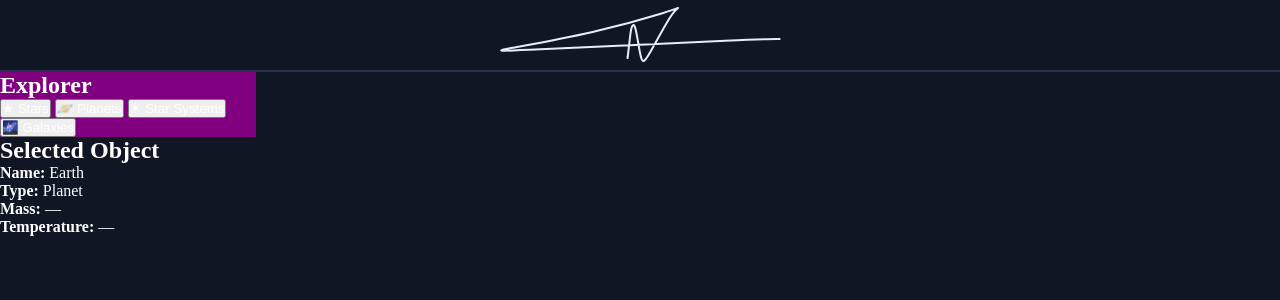
Repository: nico-madruga/Universe
Page: front-end/html/index.html
An editor plug-in stored every save of this project. The page is shown before and after a run of saves, followed by the edit.
The browser window is 1280 px wide. The pictures show the whole page.

Above is the page before, as saved 2026-09-28 16:44:02.

### front-end/html/index.html
<!DOCTYPE html>
<html lang="en">
<head>
    <meta charset="UTF-8">
    <meta name="viewport" content="width=device-width, initial-scale=1.0">
    <link rel="stylesheet" href="../css/style.css">
    <title>Universe</title>

    <link rel="stylesheet" href="../css/style.css">
</head>

<body>

    <header>
        <img src="/front-end/imgs/Vector 1.svg">
    </header>


    <main class="layout">

        <aside class="sidebar">

            <h2>Explorer</h2>

            <nav>
                <button>★ Stars</button>
                <button>🪐 Planets</button>
                <button>☀ Star Systems</button>
                <button>🌌 Galaxies</button>
            </nav>

        </aside>


        <section class="content">

            <section class="space">

                <div class="star star-1"></div>
                <div class="star star-2"></div>
                <div class="star star-3"></div>

                <div class="planet"></div>

            </section>


            <section class="object-info">

                <h2>Selected Object</h2>

                <div class="info-grid">

                    <p>
                        <strong>Name:</strong>
                        Earth
                    </p>

                    <p>
                        <strong>Type:</strong>
                        Planet
                    </p>

                    <p>
                        <strong>Mass:</strong>
                        —
                    </p>

                    <p>
                        <strong>Temperature:</strong>
                        —
                    </p>

                </div>

            </section>

        </section>

    </main>

</body>
</html>

### front-end/css/style.css
:root
{
    --background-color: #101624;
    --planet-background-color: #080B14;
    --panels-color: #101624;
    --panel-borders-color: #263149;
    --main-text-color: #E8ECF4;
    --secondary-text-color: #9AA6BA;
    --primary-accent-color: #4CC9F0;
    --secondary-accent-color: #8B7CFF;
    --highlight-color: #A9E8FF;
}

*
{
 padding: 0;
 margin: 0;
 color: white;
}

header
{
    display: flex;
    padding: 1vh 0;
    background-color: var(--background-color);
    flex-direction: row-reverse;
    justify-content: space-evenly;
    border-bottom: 2px solid var(--panel-borders-color);
}

header input
{
    align-self: center;
    height: 2rem;
}

body
{
    background-color: var(--background-color);
}

.layout .sidebar
{
    width: 20vw;
    background-color: purple;
}

After the next 2 saves:
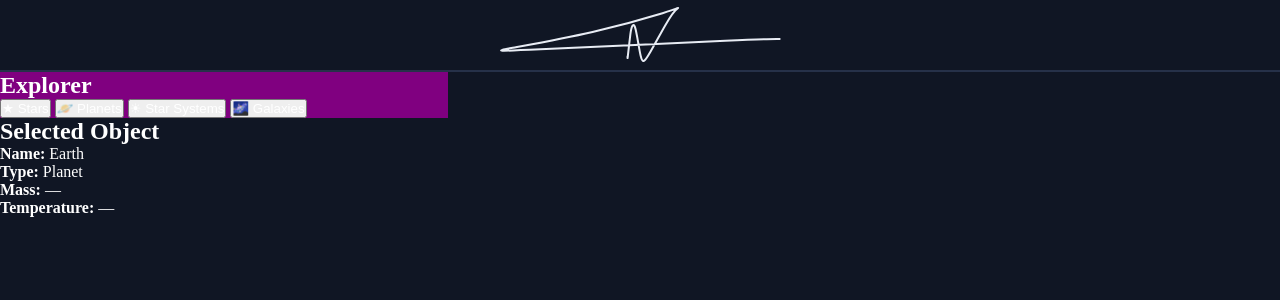
The 2 saves are shown as one change because they came seconds apart.
The last was saved 10 s later.
--- a/front-end/css/style.css
+++ b/front-end/css/style.css
@@ -41,6 +41,6 @@ body
 
 .layout .sidebar
 {
-    width: 20vw;
+    width: 35vw;
     background-color: purple;
 }
